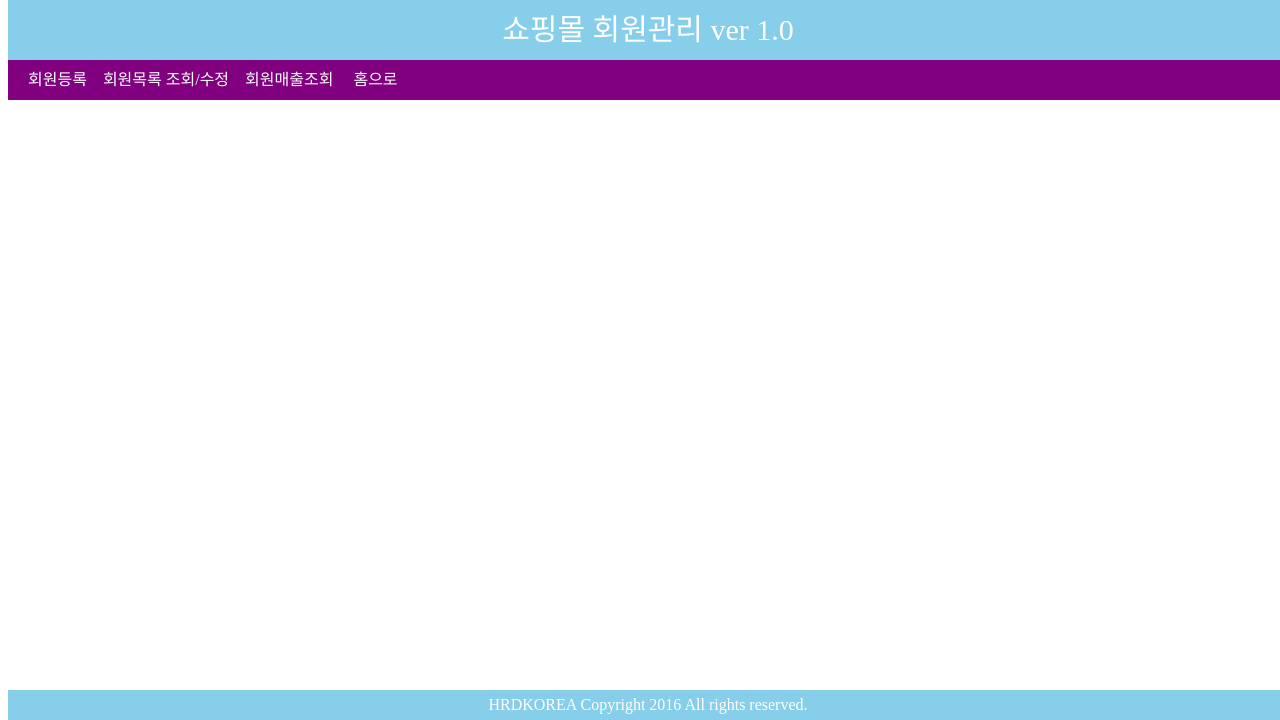
Repository: haileylee94/mini-project
Page: http://localhost/hrd/incom.jsp
These files come from the project's save history. The page is drawn as it stood at one moment and after the next save; the edit follows.
The browser window is 1280 px wide. The pictures show the whole page.
The page is served by Tomcat 9. Other server files are loaded and not shown.

Above is the page before, as saved 2022-11-17 23:16:46.

### hrd/WebContent/incom.jsp
<%@ page language="java" contentType="text/html; charset=UTF-8"
    pageEncoding="UTF-8"%>
<!DOCTYPE html>
<html>
<head>
<meta charset="UTF-8">
<title>incom</title>
</head>
<body>
<jsp:include page="header.jsp"/>
<jsp:include page="footer.jsp"/>
</body>
</html>

### hrd/WebContent/header.jsp
<%@ page language="java" contentType="text/html; charset=UTF-8"
    pageEncoding="UTF-8"%>
<!DOCTYPE html>
<html>
<head>
<meta charset="UTF-8">
<title>header</title>
<style type="text/css">
	header{
		position:fixed;
		top:0px;
		width:100%;
		height: 60px;
		background-color: skyblue;
		color: white;
		text-align: center;
		line-height: 60px;
		font-size: 30px;
	}
	nav{
		position: fixed;
		top: 60px;
		width: 100%;
		height: 40px;
		background-color: purple;
		line-height: 40px;
		padding-left: 20px;
		color: #fff;
	}
</style>
</head>
<body>

	<header>
		쇼핑몰 회원관리 ver 1.0
	</header>

	<nav>
		회원등록 &nbsp;&nbsp;	회원목록 조회/수정 &nbsp;&nbsp;	회원매출조회 &nbsp;&nbsp;&nbsp;	홈으로
	</nav>
</body>
</html>

### hrd/WebContent/footer.jsp
<%@ page language="java" contentType="text/html; charset=UTF-8"
    pageEncoding="UTF-8"%>
<!DOCTYPE html>
<html>
<head>
<meta charset="UTF-8">
<title>footer</title>
<style type="text/css">
	footer{
		position: fixed;
		bottom: 0px;
		background-color: skyblue;
		width: 100%;
		height: 30px;
		color: white;
		text-align: center;
		line-height: 30px;
	}
</style>
</head>
<body>

	<footer>
		HRDKOREA Copyright 2016 All rights reserved.
	</footer>
</body>
</html>

After the next save:
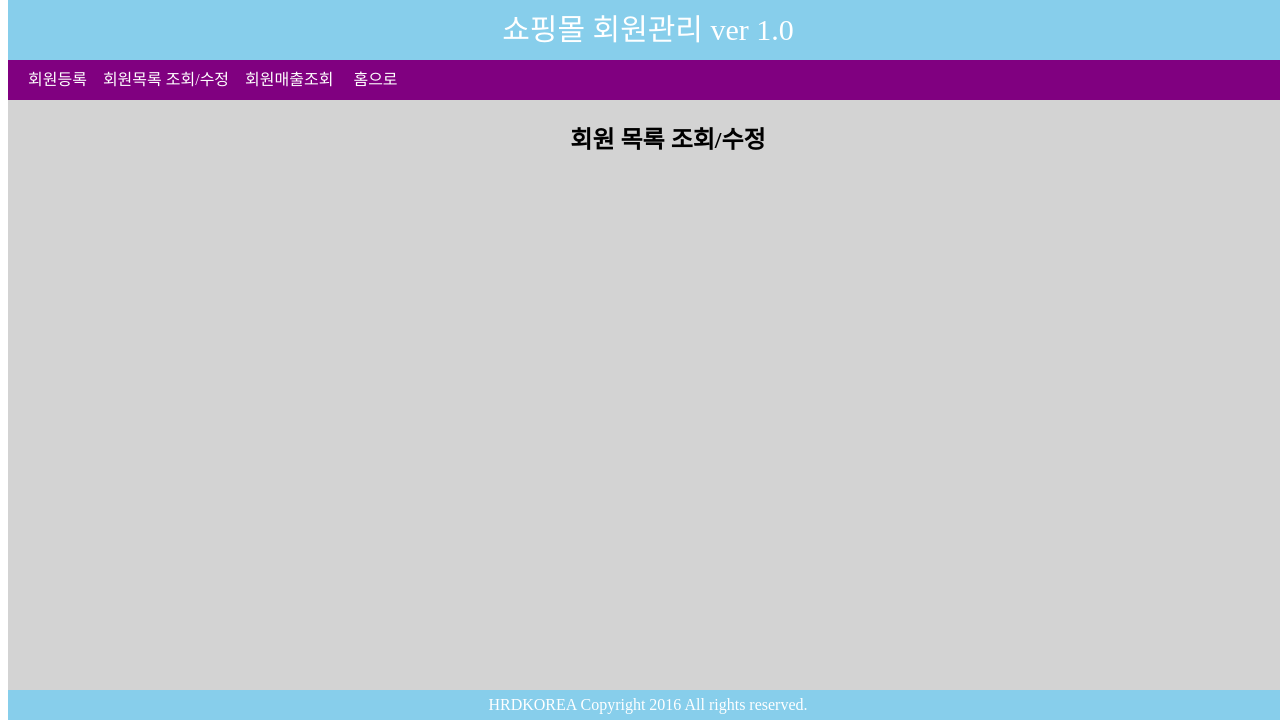
Saved 3 s later.
--- a/hrd/WebContent/incom.jsp
+++ b/hrd/WebContent/incom.jsp
@@ -8,6 +8,12 @@
 </head>
 <body>
 <jsp:include page="header.jsp"/>
+	<section
+		style="position: fixed; top: 100px; background-color: lightgray; height: 100%; width: 100%; padding-left: 20px">
+		<h1 style="text-align: center;">
+			<b>회원 목록 조회/수정</b><br>
+		</h1>
+	</section>
 <jsp:include page="footer.jsp"/>
 </body>
 </html>
